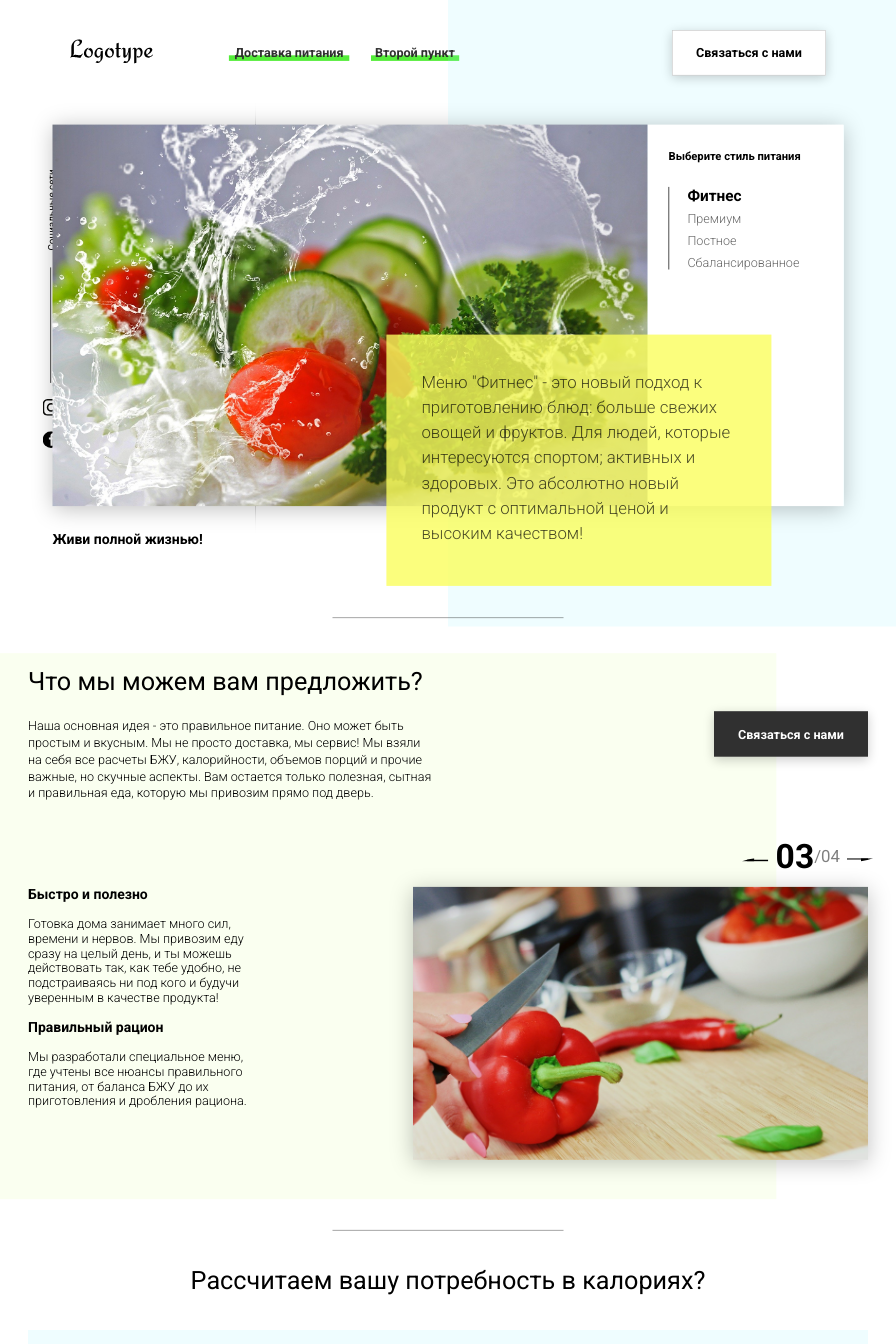
Repository: timSkot/udemy
Page: Создаем табы в новом проекте/index.html
These files come from the project's save history. The page is drawn as it stood at one moment and after a run of saves; the edit follows.
The browser window is 1280 px wide. The pictures show the part of the page from y = 0 to 1920 px (the page is 4251 px tall before and 3967 px after), at 70% of full size.

Above is the page before, as saved 2021-01-22 16:50:24.

### Создаем табы в новом проекте/index.html
<!DOCTYPE html>
<html lang="en">
<head>
    <meta charset="UTF-8">
    <meta name="viewport" content="width=device-width, initial-scale=1.0">
    <title>Food</title>
    <link rel="stylesheet" href="css/style.css">
</head>
<body>
    <header class="header">
        <div class="header__left-block">
            <div class="header__logo">
                <img src="icons/logo.svg" alt="Логотип">
            </div>
            <nav class="header__links">
                <a href="#" class="header__link">Доставка питания</a>
                <a href="#" class="header__link">Второй пункт</a>
            </nav>
        </div>
        <div class="header__right-block">
            <button class="btn btn_white">Связаться с нами</button>
        </div>
    </header>
    <div class="sidepanel">
        <div class="sidepanel__text"><span>Социальные сети</span></div>
        <div class="sidepanel__divider"></div>
        <a href="#" class="sidepanel__icon">
            <img src="icons/instagram.svg" alt="instagram">
        </a>
        <a href="#" class="sidepanel__icon">
            <img src="icons/facebook.svg" alt="facebook">
        </a>
    </div>

    <div class="preview">
        <div class="bgc_blue"></div>
        <div class="container">
            <div class="tabcontainer">
                <div class="tabcontent">
                    <img src="img/tabs/vegy.jpg" alt="vegy">
                    <div class="tabcontent__descr">
                        Меню "Фитнес" - это новый подход к приготовлению блюд: больше свежих овощей и фруктов. Для людей, которые интересуются спортом; активных и здоровых. Это абсолютно новый продукт с оптимальной ценой и высоким качеством!
                    </div>
                </div>
                <div class="tabcontent">
                    <img src="img/tabs/elite.jpg" alt="elite">
                    <div class="tabcontent__descr">
                        Меню “Премиум” - мы используем не только красивый дизайн упаковки, но и качественное исполнение блюд. Красная рыба, морепродукты, фрукты - ресторанное меню без похода в ресторан!
                    </div>
                </div>
                <div class="tabcontent">
                    <img src="img/tabs/post.jpg" alt="post">
                    <div class="tabcontent__descr">
                        Наше специальное “Постное меню” - это тщательный подбор ингредиентов: полное отсутствие продуктов животного происхождения. Полная гармония с собой и природой в каждом элементе! Все будет Ом!
                    </div>
                </div>
                <div class="tabcontent">
                    <img src="img/tabs/vegy.jpg" alt="vegy">
                    <div class="tabcontent__descr">
                        Меню "Сбалансированное" - это соответствие вашего рациона всем научным рекомендациям. Мы тщательно просчитываем вашу потребность в к/б/ж/у и создаем лучшие блюда для вас.
                    </div>
                </div>
                <div class="tabheader">
                    <h3>Выберите стиль питания</h3>
                    <div class="tabheader__items">
                        <div class="tabheader__item tabheader__item_active">Фитнес</div>
                        <div class="tabheader__item">Премиум</div>
                        <div class="tabheader__item">Постное</div>
                        <div class="tabheader__item">Сбалансированное</div>
                    </div>
                </div>
            </div>
            <div class="preview__life">Живи полной жизнью!</div>
        </div>
    </div>

    <div class="divider"></div>

    <div class="offer">
        <div class="bgc_y"></div>
        <div class="container">
            <div class="offer__text">
                <h2 class="title">Что мы можем вам предложить?</h2>
                <div class="offer__descr">
                    Наша основная идея - это правильное питание. Оно может быть простым и вкусным. Мы не просто доставка, мы сервис! Мы взяли на себя все расчеты БЖУ, калорийности, объемов порций и прочие важные, но скучные аспекты. Вам остается только полезная, сытная и правильная еда, которую мы привозим прямо под дверь.
                </div>
            </div>
            <div class="offer__action">
                <button class="btn btn_dark">Связаться с нами</button>
            </div>
        </div>
        <div class="container">
            <div class="offer__advantages">
                <h2>Быстро и полезно</h2>
                <div class="offer__advantages-text">
                    Готовка дома занимает много сил, времени и нервов. Мы привозим еду сразу на целый день, и ты можешь действовать так, как тебе удобно, не подстраиваясь ни под кого и будучи уверенным в качестве продукта!
                </div>
                <h2>Правильный рацион</h2>
                <div class="offer__advantages-text">
                    Мы разработали специальное меню, где учтены все нюансы правильного питания, от баланса БЖУ до их приготовления и дробления рациона.
                </div>
            </div>
            <div class="offer__slider">
                <div class="offer__slider-counter">
                    <div class="offer__slider-prev">
                        <img src="icons/left.svg" alt="prev">
                    </div>
                    <span id="current">03</span>
                    /
                    <span id="total">04</span>
                    <div class="offer__slider-next">
                        <img src="icons/right.svg" alt="next">
                    </div>
                </div>
                <div class="offer__slider-wrapper">
                    <div class="offer__slide">
                        <img src="img/slider/pepper.jpg" alt="pepper">
                    </div>
                    <!-- <div class="offer__slide">
                        <img src="img/slider/food-12.jpg" alt="food">
                    </div>
                    <div class="offer__slide">
                        <img src="img/slider/olive-oil.jpg" alt="oil">
                    </div>
                    <div class="offer__slide">
                        <img src="img/slider/paprika.jpg" alt="paprika">
                    </div> -->
                </div>
            </div>
        </div>
    </div>

    <div class="divider"></div>

    <div class="calculating">
        <div class="container">
            <h2 class="title">Рассчитаем вашу потребность в калориях?
            </h2>
            <div class="calculating__field">
                <div class="calculating__subtitle">
                    Ваш пол
                </div>
                <div class="calculating__choose" id="gender">
                    <div class="calculating__choose-item calculating__choose-item_active">Женщина</div>
                    <div class="calculating__choose-item">Мужчина</div>
                </div>

                <div class="calculating__subtitle">
                    Ваша конституция
                </div>
                <div class="calculating__choose calculating__choose_medium">
                    <input type="text" id="height" placeholder="Введите рост" class="calculating__choose-item">
                    <input type="text" id="weight" placeholder="Введите вес"  class="calculating__choose-item">
                    <input type="text" id="age" placeholder="Введите возраст" class="calculating__choose-item">
                </div>

                <div class="calculating__subtitle">
                    Выберите вашу физическая активность
                </div>
                <div class="calculating__choose calculating__choose_big">
                    <div id="low" class="calculating__choose-item">Низкая активность </div>
                    <div id="small"  class="calculating__choose-item calculating__choose-item_active">Невысокая активность</div>
                    <div id="medium" class="calculating__choose-item">Умеренная активность</div>
                    <div id="high" class="calculating__choose-item">Высокая активность</div>
                </div>

                <div class="calculating__divider"></div>

                <div class="calculating__total">
                    <div class="calculating__subtitle">
                        Ваша суточная норма калорий:
                    </div>
                    <div class="calculating__result">
                        <span>2700</span> ккал
                    </div>
                </div>
            </div>
        </div>
    </div>

    <div class="divider"></div>

    <div class="menu">
        <h2 class="title">Наше меню на день</h2>

        <div class="menu__field">
            <div class="container">
                <div class="menu__item">
                    <img src="img/tabs/vegy.jpg" alt="vegy">
                    <h3 class="menu__item-subtitle">Меню "Фитнес"</h3>
                    <div class="menu__item-descr">Меню "Фитнес" - это новый подход к приготовлению блюд: больше свежих овощей и фруктов. Продукт активных и здоровых людей. Это абсолютно новый продукт с оптимальной ценой и высоким качеством!</div>
                    <div class="menu__item-divider"></div>
                    <div class="menu__item-price">
                        <div class="menu__item-cost">Цена:</div>
                        <div class="menu__item-total"><span>229</span> грн/день</div>
                    </div>
                </div>
                <div class="menu__item">
                    <img src="img/tabs/elite.jpg" alt="elite">
                    <h3 class="menu__item-subtitle">Меню “Премиум”</h3>
                    <div class="menu__item-descr">В меню “Премиум” мы используем не только красивый дизайн упаковки, но и качественное исполнение блюд. Красная рыба, морепродукты, фрукты - ресторанное меню без похода в ресторан!</div>
                    <div class="menu__item-divider"></div>
                    <div class="menu__item-price">
                        <div class="menu__item-cost">Цена:</div>
                        <div class="menu__item-total"><span>550</span> грн/день</div>
                    </div>
                </div>
                <div class="menu__item">
                    <img src="img/tabs/post.jpg" alt="post">
                    <h3 class="menu__item-subtitle">Меню "Постное"</h3>
                    <div class="menu__item-descr">Меню “Постное” - это тщательный подбор ингредиентов: полное отсутствие продуктов животного происхождения, молоко из миндаля, овса, кокоса или гречки, правильное количество белков за счет тофу и импортных вегетарианских стейков. </div>
                    <div class="menu__item-divider"></div>
                    <div class="menu__item-price">
                        <div class="menu__item-cost">Цена:</div>
                        <div class="menu__item-total"><span>430</span> грн/день</div>
                    </div>
                </div>
            </div>
        </div>
    </div>

    <div class="order">
        <div class="container">
            <div class="title">Заказывай пробный день прямо сейчас!</div>
            <form action="#" class="order__form">
                <input required placeholder="Ваше имя" name="name" type="text" class="order__input">
                <input required placeholder="Ваш номер телефона" name="phone" type="phone" class="order__input">
                <img src="icons/right.svg" alt="right">
                <button class="btn btn_dark btn_min">Перезвонить мне</button>
            </form>
        </div>
    </div>

    <div class="divider"></div>

    <div class="promotion">
        <div class="bgc_y"></div>
        <div class="container">
            <div class="promotion__text">
                <div class="title">Акция для новых клиентов!</div>
                <div class="promotion__descr">
                    Мы ценим каждого клиента и предлагаем вам стать одним из них на очень выгодных условиях.
                    Каждому, кто закажет доставку питание на неделю, будет предоставлена скидка в размере <span>20%!</span>
                    <br><br>
                    Акция закончится 20 мая в 00:00
                </div>
            </div>
            <div class="promotion__timer">
                <div class="title">Осталось до конца акции:</div>
                <div class="timer">
                    <div class="timer__block">
                        <span id="days">12</span>
                        дней
                    </div>
                    <div class="timer__block">
                        <span id="hours">20</span>
                        часов
                    </div>
                    <div class="timer__block">
                        <span id="minutes">56</span>
                        минут
                    </div>
                    <div class="timer__block">
                        <span id="seconds">20</span>
                        секунд
                    </div>
                </div>
            </div>
        </div>
    </div>

    <footer class="footer">
        <div class="container">
            <div class="social">
                <div class="subtitle">Мы в социальных сетях:</div>
                <a href="#" class="link">instagram</a>
                <a href="#" class="link">facebook</a>
            </div>
            <div class="pepper">
                <img src="icons/veg.svg" alt="pepper">
            </div>
            <div class="call">
                <div class="subtitle">Или позвоните нам</div>
                <a href="#" class="link">+380678341034</a>
                <a href="#" class="link">+380500941356</a>
            </div>
        </div>
    </footer>

    <div class="modal">
        <div class="modal__dialog">
            <div class="modal__content">
                <form action="#">
                    <div class="modal__close">&times;</div>
                    <div class="modal__title">Мы свяжемся с вами как можно быстрее!</div>
                    <input required placeholder="Ваше имя" name="name" type="text" class="modal__input">
                    <input required placeholder="Ваш номер телефона" name="phone" type="phone" class="modal__input">
                    <button class="btn btn_dark btn_min">Перезвонить мне</button>
                </form>
            </div>
        </div>
    </div>

    <script src="js/script.js"></script>
</body>
</html>

### Создаем табы в новом проекте/js/script.js
'use strict';

window.addEventListener('DOMContentLoaded', () => {
    const tabs = document.querySelectorAll('.tabheader__item'),
          tabsContent = document.querySelectorAll('.tabcontent'),
          tabsParent = document.querySelector('.tabheader__items');

    function hideTabContent() {
        tabsContent.forEach(item => {
            item.style.display = 'none';
        });

        tabs.forEach(item => {
            item.classList.remove('tabheader__item_active');
        });
    }

    function showTabContent(i = 0) {
        tabsContent[i].style.display = 'block';
        tabs[i].classList.add('tabheader__item_active');
    }

    hideTabContent();
    showTabContent();


});

Loaded but not shown: Создаем табы в новом проекте/css/style.css (library)

After the next 8 saves:
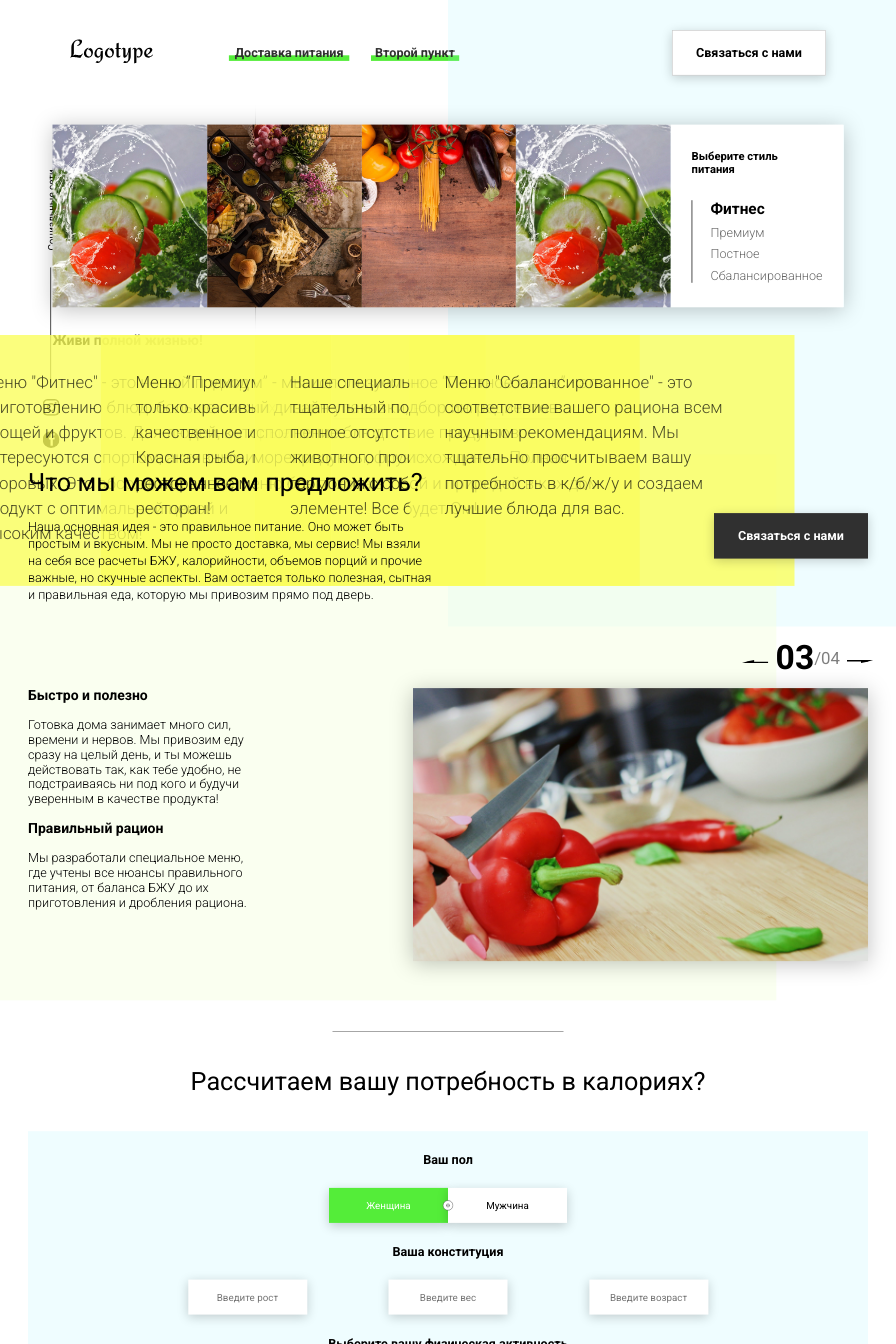
Console error: SyntaxError: Unexpected token ')'
The 8 saves are shown as one change because they came seconds apart.
The last was saved 19 s later.
--- a/Создаем табы в новом проекте/js/script.js
+++ b/Создаем табы в новом проекте/js/script.js
@@ -23,5 +23,5 @@
     hideTabContent();
     showTabContent();
 
-
+    tabsParent.addEventListener('Click', ())
 });

After the 2 saves that followed:
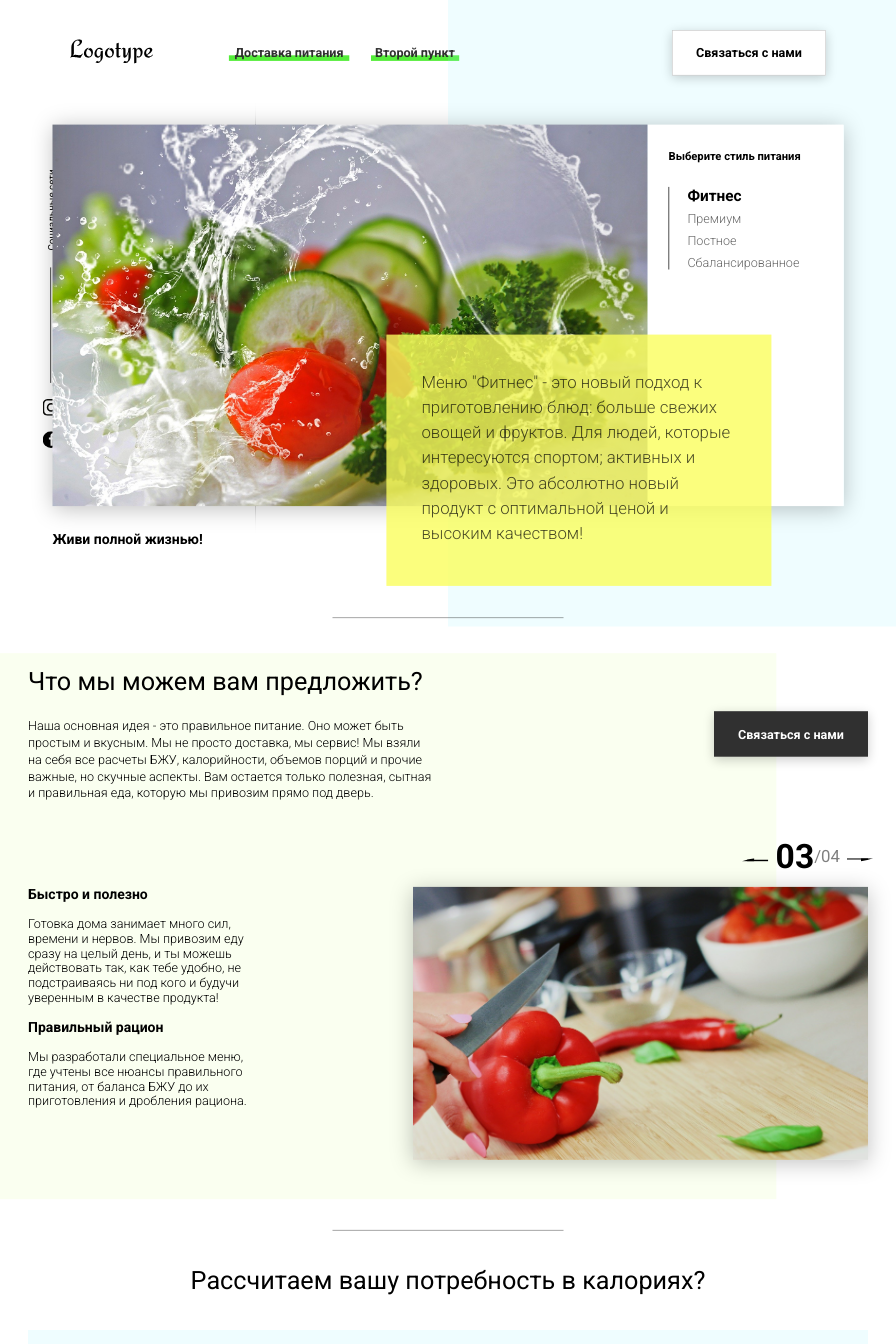
The error is gone.
The 2 saves are shown as one change because they came seconds apart.
The last was saved 5 s later.
--- a/Создаем табы в новом проекте/js/script.js
+++ b/Создаем табы в новом проекте/js/script.js
@@ -23,5 +23,7 @@
     hideTabContent();
     showTabContent();
 
-    tabsParent.addEventListener('Click', ())
+    tabsParent.addEventListener('Click', () => {
+
+    });
 });
